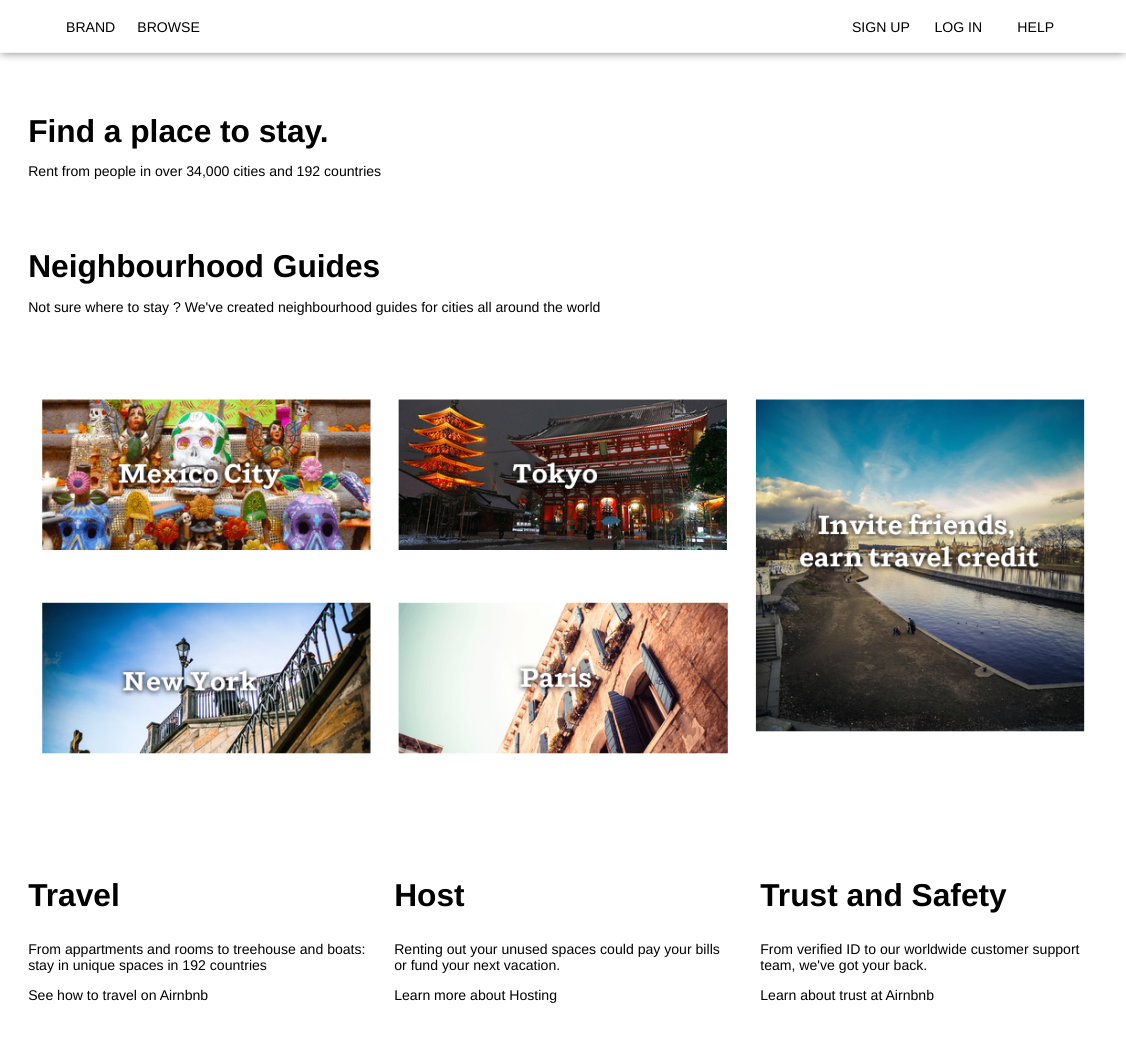
Repository: Naohonproject/web101x02-asm3
Page: Project3.html
These files come from the project's save history. The page is drawn as it stood at one moment and after the next save; the edit follows.
The browser window is 1280 px wide. The pictures show the whole page, at 88% of full size.

Above is the page before, as saved 2022-01-22 15:12:11.

### Project3.html
<!-- @format -->

<!DOCTYPE html>
<html lang="en">
	<head>
		<meta charset="UTF-8" />
		<meta http-equiv="X-UA-Compatible" content="IE=edge" />
		<meta name="viewport" content="width=device-width, initial-scale=1.0" />
		<link rel="stylesheet" href="./assets/css/style.css" />

		<link rel="stylesheet" href="./assets/css/layout.css" />
		<link rel="stylesheet" href="./assets/css/responsive.css" />
		<title>Home</title>
	</head>
	<body>
		<header id="header">
			<div class="header-wrapper">
				<div class="nav-bar">
					<div class="left-col">
						<div class="nav-item ml">
							<a href="#">Brand</a>
						</div>

						<div class="nav-item ml">
							<a href="#">Browse</a>
						</div>
					</div>

					<div class="right-col">
						<div class="nav-item ml">
							<a href="Signup.html" target="_blank">Sign Up</a>
						</div>

						<div class="nav-item ml">
							<a href="login.html" target="_blank">Log In</a>
						</div>

						<div class="nav-item ml mr">
							<a href="#" target="_blank">Help</a>
						</div>
					</div>
				</div>
			</div>
		</header>

		<div id="main" class="p-32">
			<div id="banner">
				<div class="banner-wrapper">
					<div class="content-heading">
						<h1 class="bold-text">Find a place to stay.</h1>
					</div>
					<div class="content-desc">
						<p>Rent from people in over 34,000 cities and 192 countries</p>
					</div>
				</div>
			</div>

			<div id="section">
				<div class="section-wrapper">
					<div class="section-heading">
						<h2 class="bold-text">Neighbourhood Guides</h2>
					</div>
					<div class="section-desc">
						<p>
							Not sure where to stay ? We've created neighbourhood guides for
							cities all around the world
						</p>
					</div>
				</div>
			</div>

			<div id="img-list">
				<div class="img-list-wrapper row">
					<div class="image-block col-tablet-6 col-desktop-4">
						<img
							class="first-img"
							src="./assets/img/web101x-Mexico City.png"
							alt="Mexico City"
							width="360"
						/>
						<img
							src="./assets/img/web101x-New York.png"
							alt="New York City"
							width="360"
						/>
					</div>
					<div class="image-block col-tablet-6 col-desktop-4">
						<img
							class="first-img"
							src="./assets/img/web101x-Tokyo.png"
							alt="Tokyo City"
							width="360"
						/>
						<img
							src="./assets/img/web101x-Paris.png"
							alt="Paris City"
							width="360"
						/>
					</div>
					<div class="image-block col-tablet-6 col-desktop-4">
						<img
							src="./assets/img/web101x-Invitation.png"
							alt="Invitation image"
							width="360"
						/>
					</div>
				</div>
				<div class="clear"></div>
			</div>
		</div>

		<footer id="footer" class="p-32">
			<div class="footer-wrapper row">
				<div class="footer-block col-desktop-4">
					<h3 class="bold-text">Travel</h3>
					<p>
						From appartments and rooms to treehouse and boats: stay in unique
						spaces in 192 countries
					</p>
					<a href="#">See how to travel on Airnbnb</a>
				</div>

				<div class="footer-block col-desktop-4">
					<h3 class="bold-text">Host</h3>
					<p>
						Renting out your unused spaces could pay your bills or fund your
						next vacation.
					</p>
					<a href="#">Learn more about Hosting</a>
				</div>

				<div class="footer-block col-desktop-4">
					<h3 class="bold-text">Trust and Safety</h3>
					<p>
						From verified ID to our worldwide customer support team, we've got
						your back.
					</p>
					<a href="#">Learn about trust at Airnbnb</a>
				</div>
				<div class="clear"></div>
			</div>
		</footer>
	</body>
</html>

### assets/css/style.css
/**
 * /* ======reset css======
 *
 * @format
 */

*,
::before,
::after {
	padding: 0;
	margin: 0;
	box-sizing: border-box;
	list-style-type: none;
	text-decoration: none;
	color: #000;
}

html {
	font-family: "Helvetica Neue", Helvetica, Arial;
}

.header-wrapper {
	font-size: 16px;
}

.nav-bar a {
	color: #fff;
	text-transform: uppercase;
}

### assets/css/layout.css
/** @format */
.ml {
	margin-left: 10px;
}

.mr {
	margin-right: 10px;
}

.row {
	display: flex;
	flex-direction: row;
	flex-wrap: wrap;
}

.bold-text {
	font-size: 36px;
	font-weight: bold;
}

.row > * {
	width: 100%;
	max-width: 100%;
	flex-shrink: 0;
}

.col-1 {
	width: 8.33%;
}
.col-2 {
	width: 16.66%;
}
.col-3 {
	width: 25%;
}
.col-4 {
	width: 33.33%;
}
.col-5 {
	width: 41.66%;
}
.col-6 {
	width: 50%;
}
.col-7 {
	width: 58.33%;
}
.col-8 {
	width: 66.66%;
}
.col-9 {
	width: 75%;
}
.col-10 {
	width: 83.33%;
}
.col-11 {
	width: 91.66%;
}
.col-12 {
	width: 100%;
}

#header {
	width: 100vw;
	height: 60px;
	background-color: #60646d;
	background-clip: border-box;
	position: fixed;
	left: 0;
	top: 0;
	z-index: 1;
}

.nav-bar {
	display: flex;
	flex-direction: row;
	flex-wrap: no-wrap;
	align-items: center;
	justify-content: space-evenly;
	padding: 0 20px;
}

.nav-item {
	width: 70px;
	height: 60px;
	padding: 22px 0;
	text-align: center;
}

.left-col {
	display: flex;
	flex: 2;
	flex-direction: row;
	justify-content: space-around;
	align-items: center;
}

.right-col {
	display: flex;
	flex: 3;
	flex-direction: row;
	justify-content: space-around;
	align-items: center;
}

#main {
	margin-top: 60px;
}

#main,
#footer {
	padding: 32px;
}

#banner {
	width: 100%;
	background-color: #fff;
	color: #000;
	position: relative;
	top: 0;
	left: 0;
}

div[class*="-heading"] {
	padding-top: 36px;
}

div[class*="-desc"] {
	margin-top: 16px;
}

#section {
	margin-top: 42px;
}

#img-list {
	width: 100%;
}

#img-list .img-list-wrapper {
	padding: 24px 0;
	margin: 0 auto;
}

#img-list img {
	width: 100%;
	margin-top: 56px;
}

.footer-block {
	padding: 24px 0;
}

.footer-block > * {
	padding: 16px 0;
}

### assets/css/responsive.css
/** @format */

/* ========responsive for tablet */

@media screen and (min-width: 768px) {
	#header {
		background-color: #87766c;
	}

	.nav-bar {
		padding: 0 28px;
	}

	.left-col {
		justify-content: flex-start;
	}

	.right-col {
		justify-content: flex-end;
	}

	.ml {
		margin-left: 14px;
	}

	.mr {
		margin-right: 14px;
	}

	.img-list-wrapper {
		margin: 0 -24px;
	}

	.col-tablet-1 {
		width: 8.33%;
	}
	.col-tablet-2 {
		width: 16.66%;
	}
	.col-tablet-3 {
		width: 25%;
	}
	.col-tablet-4 {
		width: 33.33%;
	}
	.col-tablet-5 {
		width: 41.66%;
	}
	.col-tablet-6 {
		width: 50%;
		padding: 0 24px;
	}
	.col-tablet-7 {
		width: 58.33%;
	}
	.col-tablet-8 {
		width: 66.66%;
	}
	.col-tablet-9 {
		width: 75%;
	}
	.col-tablet-10 {
		width: 83.33%;
	}
	.col-tablet-11 {
		width: 91.66%;
	}
	.col-tablet-12 {
		width: 100%;
	}
}

/* ========responsive for desktop */

@media screen and (min-width: 992px) {
	#header {
		background-color: #fff;
		box-shadow: 0 0 10px gray;
	}

	.nav-bar {
		padding: 0 50px;
	}

	.left-col {
		justify-content: flex-start;
	}

	.right-col {
		justify-content: flex-end;
	}

	.ml {
		margin-left: 18px;
	}

	.mr {
		margin-right: 18px;
	}

	.nav-bar a {
		color: #000;
	}
	.row {
		margin: 0 -16px;
	}

	.col-desktop-1 {
		width: 8.33%;
	}
	.col-desktop-2 {
		width: 16.66%;
	}
	.col-desktop-3 {
		width: 25%;
	}
	.col-desktop-4 {
		width: 33.33%;
		padding: 16px;
	}
	.col-desktop-5 {
		width: 41.66%;
	}
	.col-desktop-6 {
		width: 50%;
	}
	.col-desktop-7 {
		width: 58.33%;
	}
	.col-desktop-8 {
		width: 66.66%;
	}
	.col-desktop-9 {
		width: 75%;
	}
	.col-desktop-10 {
		width: 83.33%;
	}
	.col-desktop-11 {
		width: 91.66%;
	}
	.col-desktop-12 {
		width: 100%;
	}
}

After the next save:
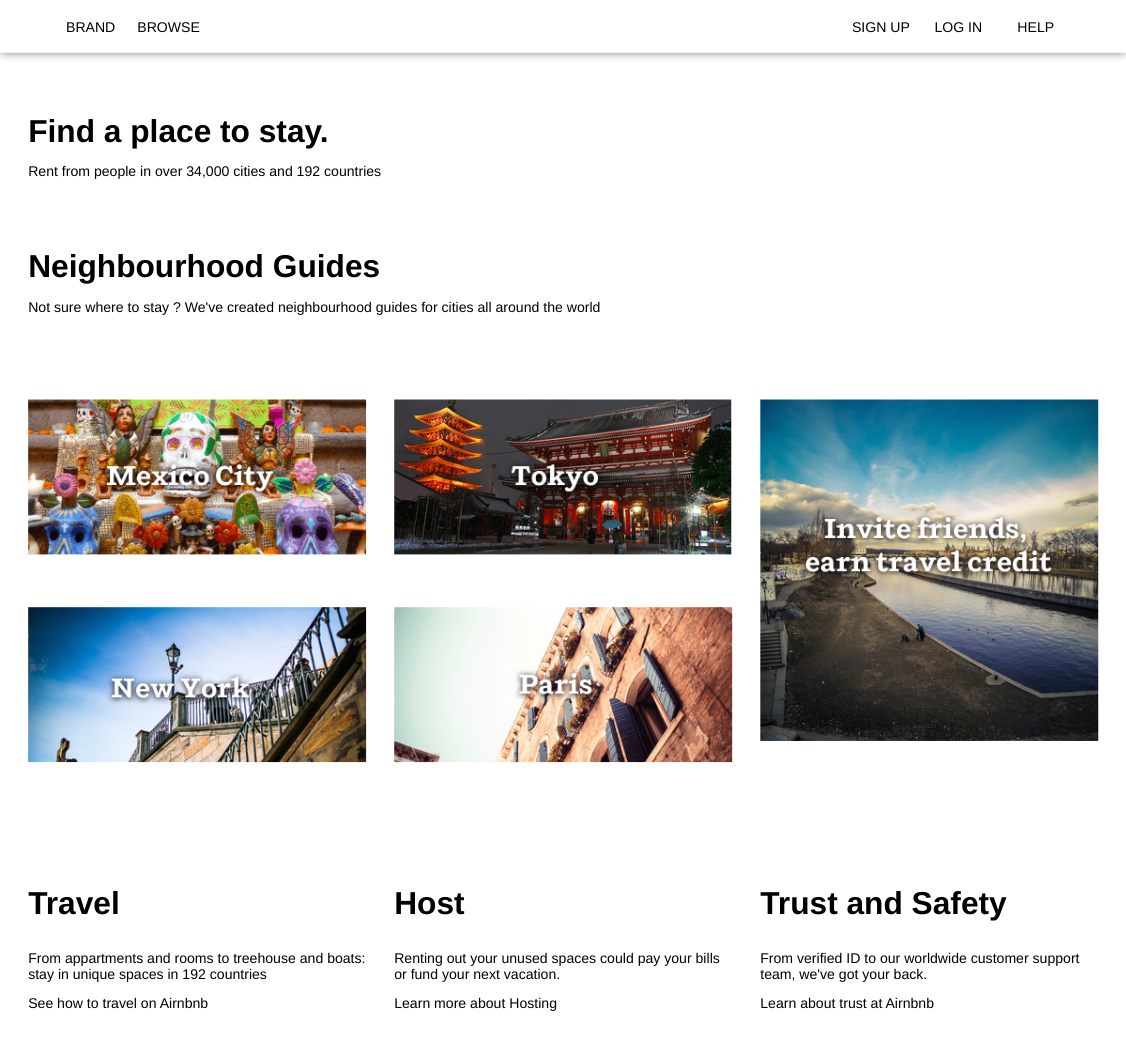
Saved 90 s later.
--- a/assets/css/layout.css
+++ b/assets/css/layout.css
@@ -138,7 +138,7 @@ div[class*="-desc"] {
 	width: 100%;
 }
 
-#img-list .img-list-wrapper {
+.img-list-wrapper {
 	padding: 24px 0;
 	margin: 0 auto;
 }
